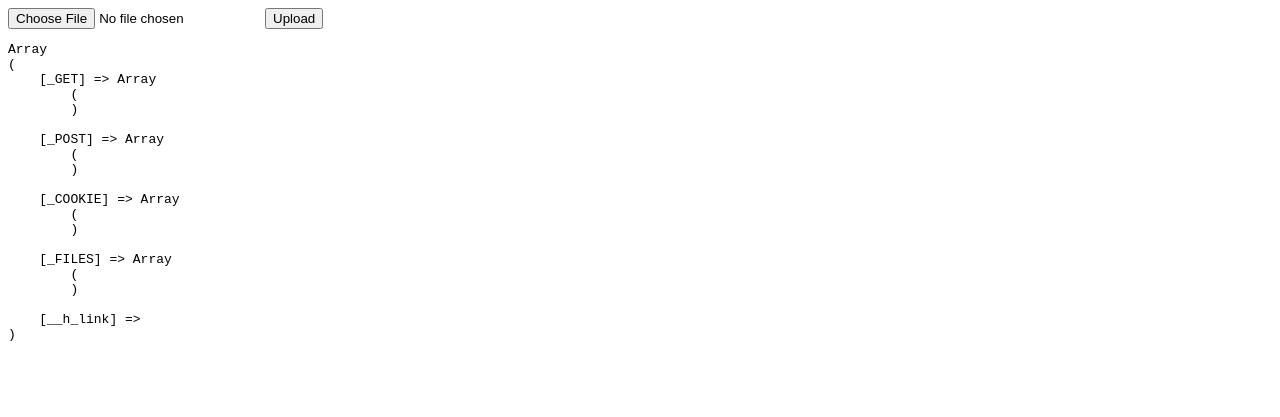
Repository: sara55m/File_Upload
Page: http://localhost/form2.php
An editor plug-in stored every save of this project. The page is shown before and after the next save, followed by the edit.
The browser window is 1280 px wide. The pictures show the whole page.
The page is run by PHP 8.4 with error messages shown; the project is at /var/www/html/.

Above is the page before, as saved 2024-09-02 04:17:52.

After the next save:
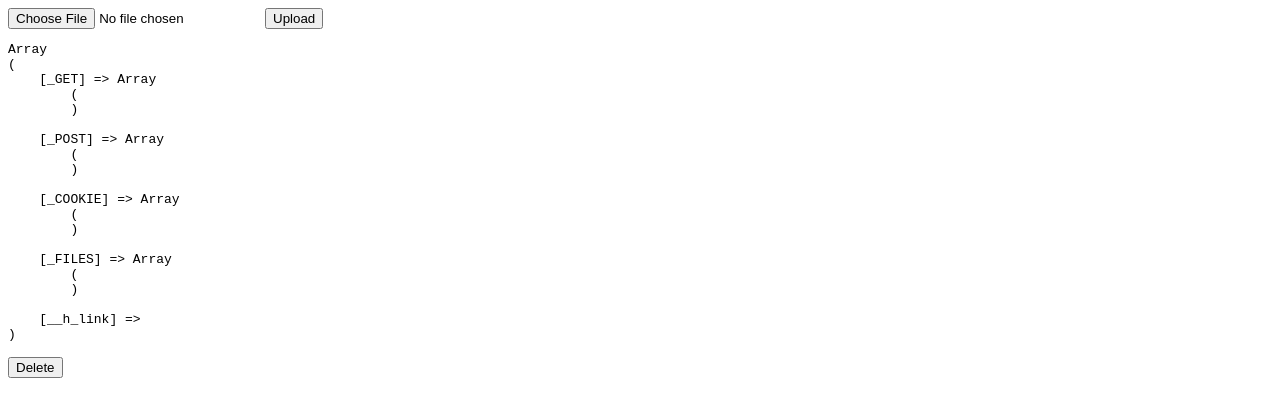
Saved 52 s later.
--- a/form2.php
+++ b/form2.php
@@ -34,15 +34,16 @@
 }
 
     ?>
-<!--<form action="" method="post">
+<form action="" method="post">
 <input type="submit" name="delete" value="Delete">
-</form>-->
+</form>
 <?php
-//require("delete_func.php");
-//if(isset($_POST['delete'])){
-  //  $delete=delete_func()
+require("delete_func.php");
+if(isset($_POST['delete'])){
+    //$delete=delete_func()
+    echo "delete";
 
-//}
+}
 
 ?>
 </body>

After the save that followed:
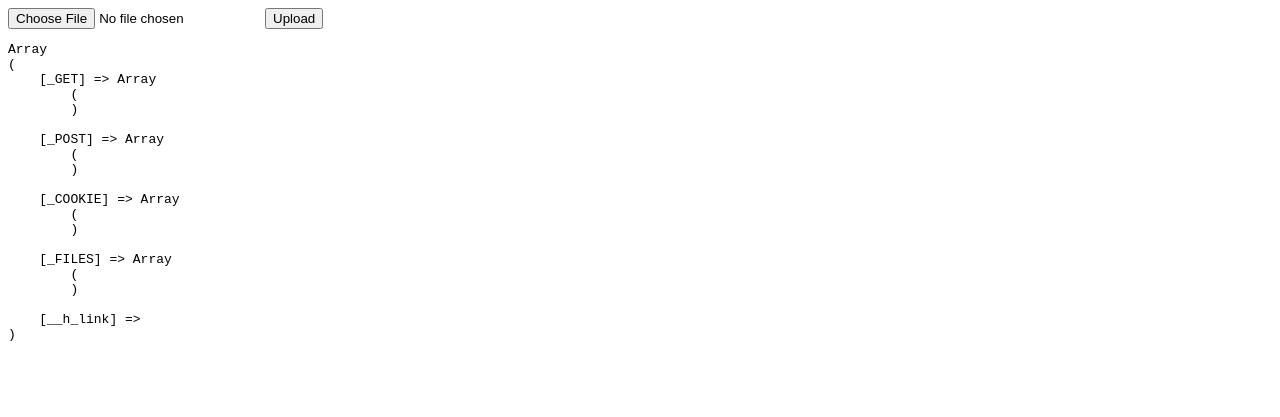
Saved 3 min 9 s later.
--- a/form2.php
+++ b/form2.php
@@ -34,16 +34,16 @@
 }
 
     ?>
-<form action="" method="post">
+<!--<form action="" method="post">
 <input type="submit" name="delete" value="Delete">
-</form>
+</form>-->
 <?php
-require("delete_func.php");
-if(isset($_POST['delete'])){
+//require("delete_func.php");
+//if(isset($_POST['delete'])){
     //$delete=delete_func()
-    echo "delete";
+  //  echo "delete";
 
-}
+//}
 
 ?>
 </body>
